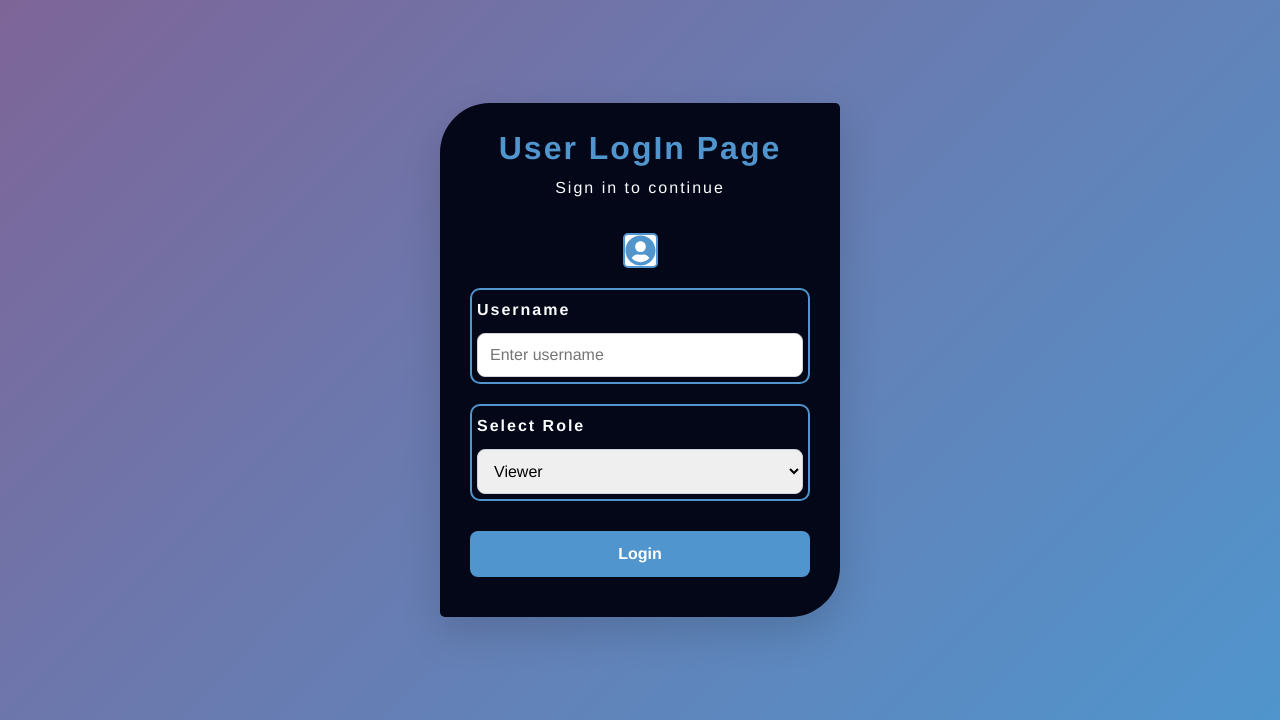
Repository: SolomonChinonso/myUserDashboard
Page: / (app in my-user-dashboard-app/)
The author's editor kept a copy of each file at every save. The page is drawn from the files as they stood at one save, then again after a run of saves.
The browser window is 1280 px wide. The pictures show the whole page.
The project was rebuilt for these pictures with package versions that can differ from the ones it lists, and the page was loaded fresh each time. Also part of the build but not shown: my-user-dashboard-app/vite.config.ts, my-user-dashboard-app/src/App.css, my-user-dashboard-app/src/pages/global.css, my-user-dashboard-app/src/pages/Dashboard.tsx, my-user-dashboard-app/src/pages/Profile.tsx, my-user-dashboard-app/src/pages/Settings.tsx, my-user-dashboard-app/src/components/Navbar.tsx, my-user-dashboard-app/src/components/ProtectedRoute.tsx.

Above is the page before, as saved 2026-05-31 16:00:58.

### my-user-dashboard-app/index.html
<!doctype html>
<html lang="en">
  <head>
    <meta charset="UTF-8" />
    <link rel="icon" type="image/svg+xml" href="/favicon.svg" />
    <meta name="viewport" content="width=device-width, initial-scale=1.0" />
    <title>my-user-dashboard-app</title>
  </head>
  <body>
    <div id="root"></div>
    <script type="module" src="/src/main.tsx"></script>
  </body>
</html>

### my-user-dashboard-app/src/main.tsx
import React from "react";
import ReactDOM from "react-dom/client";
import App from "./App";
import { BrowserRouter } from "react-router-dom";
import { AuthProvider } from "./context/AuthProvider"
import "./index.css"


ReactDOM.createRoot(document.getElementById("root")!).render(
  <React.StrictMode>
    <BrowserRouter>
      <AuthProvider>
        <App />
      </AuthProvider>
    </BrowserRouter>
  </React.StrictMode>
);

### my-user-dashboard-app/src/App.tsx
import {
  Routes,
  Route,
  Navigate,
} from "react-router-dom";
import "./App.css"

import Login from "./pages/Login";
import Dashboard from "./pages/Dashboard";
import Profile from "./pages/Profile";
import Settings from "./pages/Settings";

import Navbar from "./components/Navbar";
import ProtectedRoute from "./components/ProtectedRoute";

import { useAuth } from "./hooks/useAuth";

function App() {
  const { user } = useAuth();

  return (
    <div className="app-section">
      {user && <Navbar />}

      <Routes>
        {/* Redirect homepage to login */}
        <Route
          path="/"
          element={<Navigate to="/login" replace />}
        />

        <Route
          path="/login"
          element={<Login />}
        />

        <Route
          path="/dashboard"
          element={
            <ProtectedRoute>
              <Dashboard />
            </ProtectedRoute>
          }
        />

        <Route
          path="/profile"
          element={
            <ProtectedRoute>
              <Profile />
            </ProtectedRoute>
          }
        />

        <Route
          path="/settings"
          element={
            <ProtectedRoute adminOnly>
              <Settings />
            </ProtectedRoute>
          }
        />

        {/* Catch-all route */}
        <Route
          path="*"
          element={<Navigate to="/login" replace />}
        />
      </Routes>
    </div>
  );
}

export default App;

### my-user-dashboard-app/src/context/AuthProvider.tsx
import {
  useState,
  type ReactNode,
} from "react";

import type { User } from "../types/user";

import { AuthContext } from "./AuthContext";

interface AuthProviderProps {
  children: ReactNode;
}

export const AuthProvider = ({
  children,
}: AuthProviderProps) => {
  const [user, setUser] =
    useState<User | null>(null);

  const login = (userData: User) => {
    setUser(userData);
  };

  const logout = () => {
    setUser(null);
  };

  return (
    <AuthContext.Provider
      value={{
        user,
        login,
        logout,
      }}
    >
      {children}
    </AuthContext.Provider>
  );
};

### my-user-dashboard-app/src/index.css
*{
    margin: 0;
    padding: 0;
    font-family: 'Franklin Gothic Medium', 'Arial Narrow', Arial, sans-serif;
    box-sizing: border-box;


}
body{
   height: 100vh;
   min-height: 100%;
    letter-spacing: 2px;
    background:  linear-gradient(
    135deg,
    #7e6598,
    #5095cd);
    background-repeat:no-repeat;
    color: #5095cd;
}

### my-user-dashboard-app/src/pages/Login.tsx
import { FaUserCircle } from "react-icons/fa";
import { useState } from "react";
import { useNavigate } from "react-router-dom";
import { useAuth } from "../hooks/useAuth";
import "./Login.css";

const Login = () => {
  const [username, setUsername] = useState("");
  const [role, setRole] = useState("Viewer");

  const { login } = useAuth();
  const navigate = useNavigate();

  const handleLogin = () => {
    login({
      username,
      role: role as "Admin" | "Editor" | "Viewer",
    });

    navigate("/dashboard");
  };

  return (
    <div className="login-page">
      <div className="login-card">
        <h1>User LogIn Page</h1>
        <p className="subtitle">
          Sign in to continue
        </p>
        <FaUserCircle size={35} className="profile-pix" />
        <div className="form-group">
          <label>Username</label>
          <input
            type="text"
            placeholder="Enter username"
            value={username}
            onChange={(e) =>
              setUsername(e.target.value)
            }
          />
        </div>

        <div className="form-group">
          <label>Select Role</label>
          <select
            value={role}
            onChange={(e) =>
              setRole(e.target.value)
            }
          >
            <option>Admin</option>
            <option>Editor</option>
            <option>Viewer</option>
          </select>
        </div>

        <button
          className="login-btn"
          onClick={handleLogin}
        >
          Login
        </button>
      </div>
    </div>
  );
};

export default Login;

### my-user-dashboard-app/src/hooks/useAuth.ts
import { useContext } from "react";

import { AuthContext } from "../context/AuthContext";

export const useAuth = () => {
  const context = useContext(AuthContext);

  if (!context) {
    throw new Error(
      "useAuth must be used inside AuthProvider"
    );
  }

  return context;
};

### my-user-dashboard-app/src/context/AuthContext.ts
import { createContext } from "react";

import type { User } from "../types/user";

export interface AuthContextType {
  user: User | null;
  login: (user: User) => void;
  logout: () => void;
}
export const AuthContext =
  createContext<AuthContextType | null>(null);

### my-user-dashboard-app/src/pages/Login.css
/* Full page layout */
.login-page {
  min-height: 100vh;

  display: flex;
  justify-content: center;
  align-items: center;
  margin-top: 0;
  padding: 20px;
}

/* Login card */
.login-card {
  width: 100%;
  max-width: 400px;
  height: 100%;
  background: #040717;
  padding: 30px;
  border-radius: 50px 5px;
  display: flex;
  flex-direction: column;
  justify-content: center;
  align-items: center;
  box-shadow: 0 15px 40px
    rgba(0, 0, 0, 0.15);
  line-height: 30px;
  text-align: center;
}

.profile-pix{
    margin-bottom: 20px;
    background: white;
    border-radius: 5px;
    border: 2px solid #5095cd;
}
/* Heading */
.login-card h1 {
  margin-bottom: 10px;
  color: #5095cd;
}

.subtitle {
  color: #fafcfe;
  margin-bottom: 30px;
}

/* Form group */
.form-group {
    border: 2px solid #5095cd;
    width: 100%;
    border-radius: 10px;
    padding: 5px;
  display: flex;
  flex-direction: column;
  text-align: left;
  margin-bottom: 20px;
}

.form-group label {
  margin-bottom: 8px;
  font-weight: 600;
  color: #fbfcfe;
}

/* Inputs */
.form-group input,
.form-group select {
  padding: 12px;
  border: 1px solid #d1d5db;
  border-radius: 8px;

  font-size: 16px;
  outline: none;

  transition: 0.3s ease;
}

.form-group input:focus,
.form-group select:focus {
  border-color: #4f46e5;
  box-shadow: 0 0 0 3px
    rgba(79, 70, 229, 0.15);
}

/* Button */
.login-btn {
  width: 100%;
  padding: 14px;

  border: none;
  border-radius: 8px;

  background: #5095cd;
  color: white;

  font-size: 16px;
  font-weight: bold;

  cursor: pointer;
  transition: 0.3s ease;
}

.login-btn:hover {
  background: #4338ca;
  transform: translateY(-2px);
}

### my-user-dashboard-app/src/components/Navbar.css
nav{
    background: rgb(48, 4, 59);
    display: flex;
    justify-content: space-between;
    align-items: center;
    /* margin: 20px; */
    /* padding: 10px; */
    /* max-width: 100vw; */
    /* width: 100%; */
    /* flex-wrap: wrap; */
    /* border-radius: 50px; */

}
nav .logo{
    font-family: system-ui, -apple-system, BlinkMacSystemFont, 'Segoe UI', Roboto, Oxygen, Ubuntu, Cantarell, 'Open Sans', 'Helvetica Neue', sans-serif;
    font-style: oblique;
    background: transparent;
    margin: 10px;
    padding: 5px 10px;
    width: 100px;
   border-radius: 50%;
    display: flex;
    flex-direction: column;
    text-align: center;
    border: 2px solid rgb(117, 180, 222);;
}
.links{
    display: flex;
    gap: 5px;

}
a{
    font-family: Arial, Helvetica, sans-serif;
    text-decoration: none;
    color: rgb(224, 224, 240);
   font-size: large;
   font-weight: 700;
}
button{
    font-size: 1rem;
    color: #f3f3f8;
    padding: 5px 10px;
    margin: 10px;
    border: 2px solid rgb(117, 180, 222);
    border-radius: 50px;
    background: transparent;
    cursor: pointer;
    transition: 0.3s ease-in-out;
}
span{
    display: flex;
    flex-direction: column;
    justify-content: center;
    align-items: center;

    color: rgb(240, 240, 244);
}
.profile{
    display: flex;
}

After the next 3 saves:
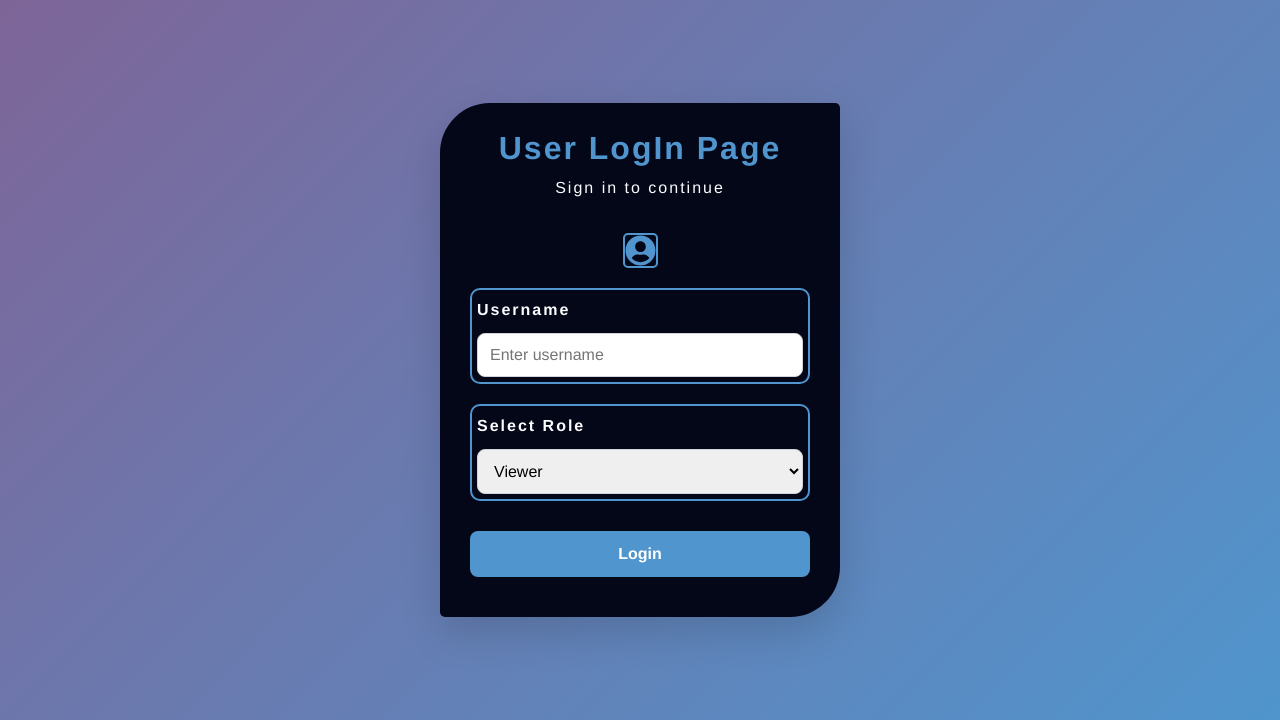
The 3 saves are shown as one change because they came seconds apart.
The last was saved 15 s later.
--- a/my-user-dashboard-app/src/pages/Login.css
+++ b/my-user-dashboard-app/src/pages/Login.css
@@ -29,7 +29,7 @@
 
 .profile-pix{
     margin-bottom: 20px;
-    background: white;
+    background: transparent;
     border-radius: 5px;
     border: 2px solid #5095cd;
 }
